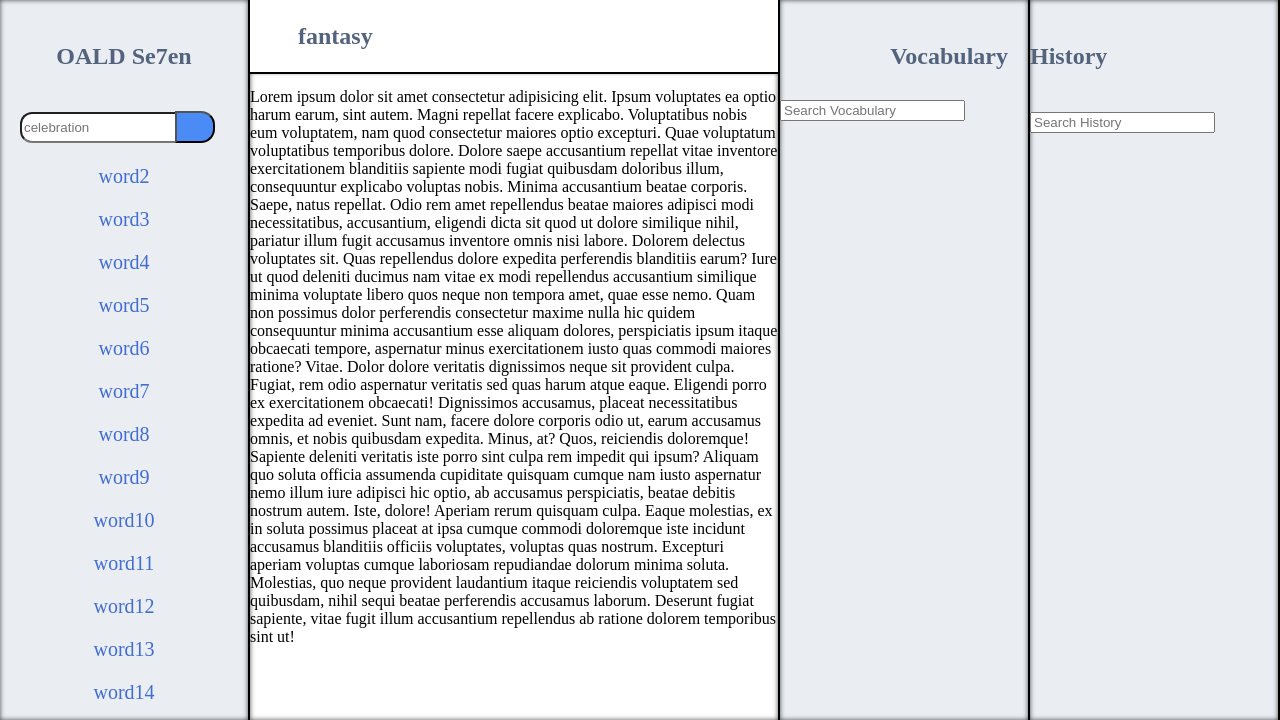
Repository: JJianZ/miao
Page: a.html
These files come from the project's save history. The page is drawn as it stood at one moment and after the next save; the edit follows.
The browser window is 1280 px wide. The pictures show the whole page.

Above is the page before, as saved 2021-11-23 10:52:05.

After the next save:
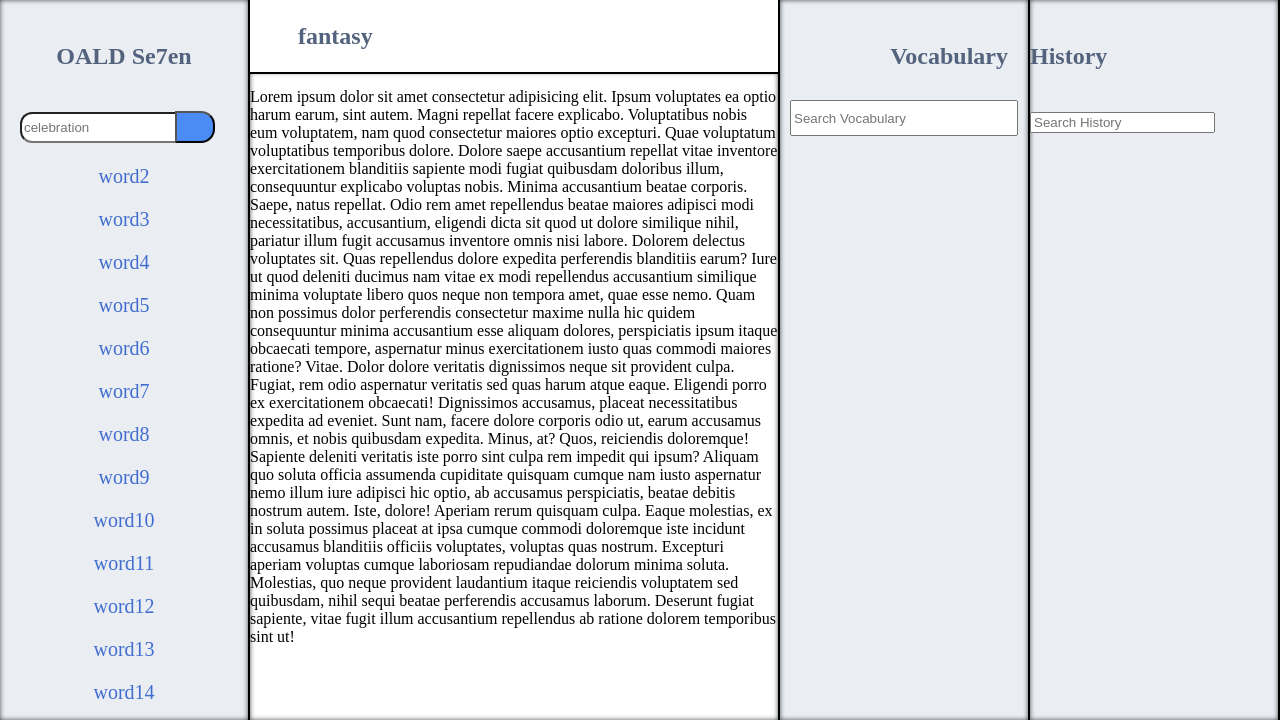
Saved 17 s later.
--- a/a.html
+++ b/a.html
@@ -105,6 +105,9 @@
     }
     .second input {
       position: absolute;
+      left:  10px;
+      width: 220px;
+      height: 30px;
       top:100px;
     }
     .third {
